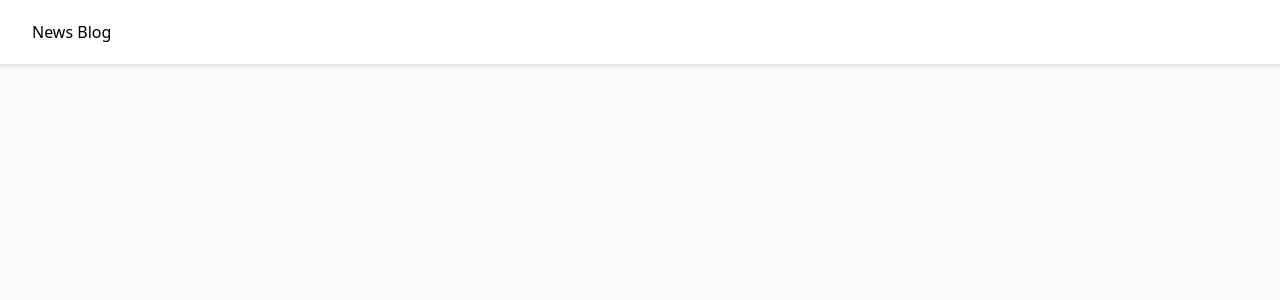
Repository: estevam02009/news-blog
Page: /
An editor plug-in stored every save of this project. The page is shown before and after the next save, followed by the edit.
The browser window is 1280 px wide. The pictures show the whole page.
The project was rebuilt for these pictures with package versions that can differ from the ones it lists, and the page was loaded fresh each time. Also part of the build but not shown: vite.config.ts.

Above is the page before, as saved 2025-08-08 16:52:40.

### index.html
<!doctype html>
<html lang="pt-BR">
  <head>
    <meta charset="UTF-8" />
    <link rel="icon" type="image/svg+xml" href="/vite.svg" />
    <meta name="viewport" content="width=device-width, initial-scale=1.0" />
    <title>News Blog</title>
  </head>
  <body>
    <div id="root"></div>
    <script type="module" src="/src/main.tsx"></script>
  </body>
</html>

### src/App.tsx
import Header from "./components/Header"

function App() {

  return (
    <div className="min-h-screen bg-gray-50">
      <Header />
    </div>
  )
}

export default App

### src/components/Header.tsx
import React from 'react'
// import { Search, Menu, Bell, User } from 'lucide-react'

const Header: React.FC = () => {
    return (
        <header className='bg-white shadow-sm border-b border-gray-200 sticky top-0 z-50'>
            <div className='max-w-7xl mx-auto px-4 sm:px-6 lg:px-8'>
                <div className='flex items-center justify-between h-16'>
                    {/* LOGO */}
                    <div className='flex items-center'>
                        <h1>News Blog</h1>
                    </div>
                </div>
            </div>
        </header>
    )
}

export default Header

Loaded but not shown: src/main.tsx (common file); src/index.css (common file)

After the next save:
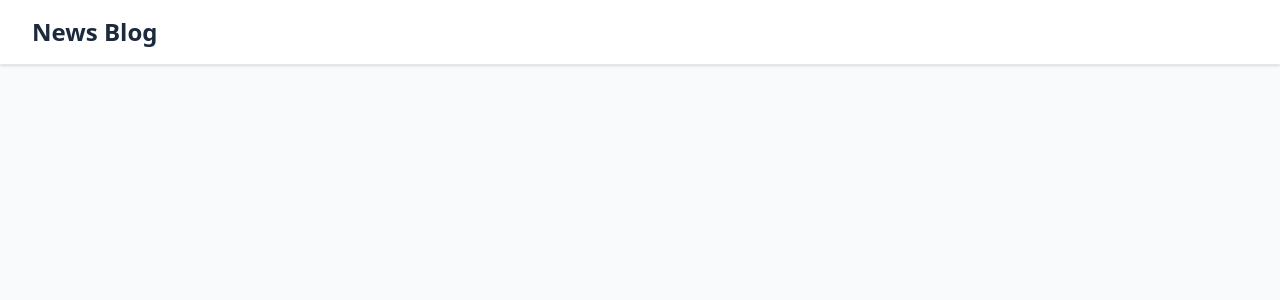
Saved 21 s later.
--- a/src/components/Header.tsx
+++ b/src/components/Header.tsx
@@ -8,7 +8,7 @@ const Header: React.FC = () => {
                 <div className='flex items-center justify-between h-16'>
                     {/* LOGO */}
                     <div className='flex items-center'>
-                        <h1>News Blog</h1>
+                        <h1 className='text-2xl font-bold text-slate-800'>News Blog</h1>
                     </div>
                 </div>
             </div>
